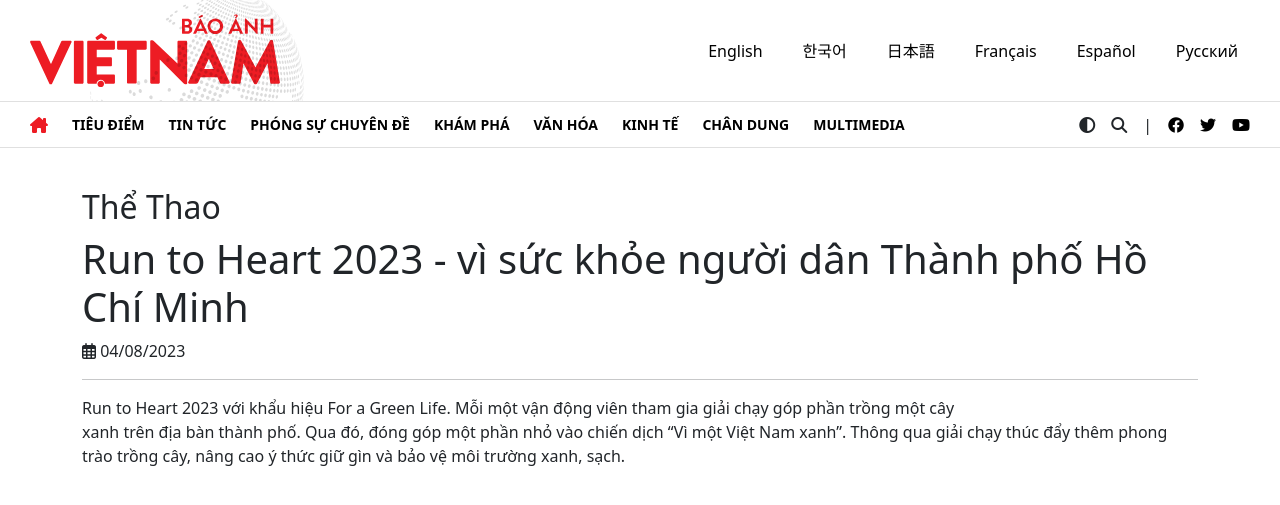
Repository: kietdotshp/webtintuc
Page: Detail.html
An editor plug-in stored every save of this project. The page is shown before and after the next save, followed by the edit.
The browser window is 1280 px wide. The pictures show the whole page.
Some web libraries are served in a nearby version.

Above is the page before, as saved 2023-08-10 16:07:22.

After the next save:
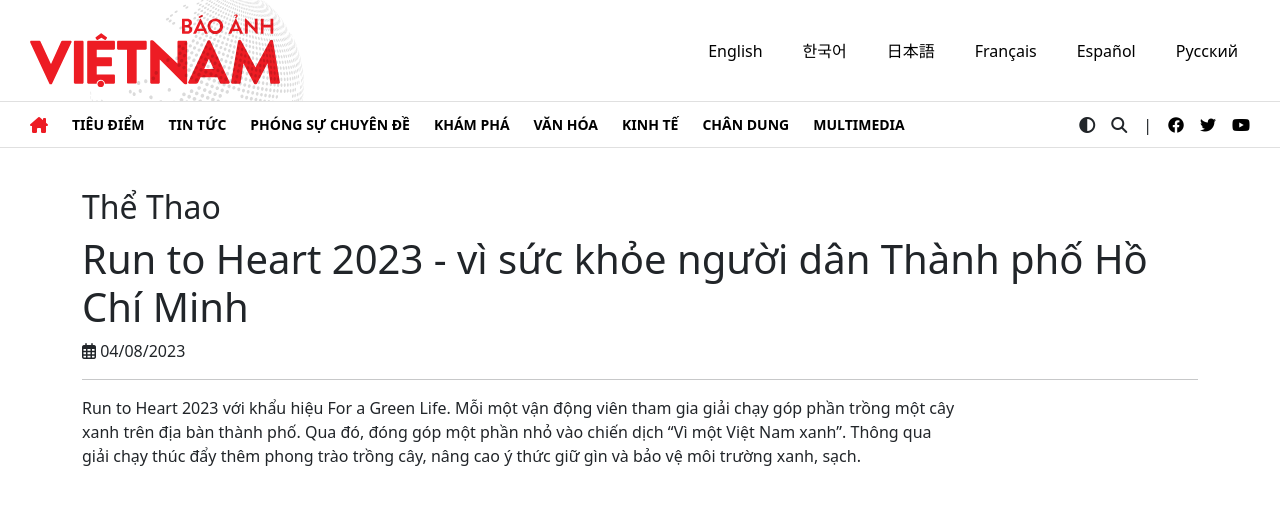
Saved 6 s later.
--- a/Detail.html
+++ b/Detail.html
@@ -108,7 +108,7 @@
         <div>
             <p>Run to Heart 2023 với khẩu hiệu For a Green Life.
             Mỗi một vận động viên tham gia giải chạy góp phần trồng một cây<br> xanh trên địa bàn thành phố.
-             Qua đó, đóng góp một phần nhỏ vào chiến dịch  “Vì một Việt Nam xanh”. Thông qua giải chạy thúc đẩy thêm phong trào trồng cây, nâng cao ý thức giữ gìn và bảo vệ môi trường xanh, sạch.</p>
+             Qua đó, đóng góp một phần nhỏ vào chiến dịch  “Vì một Việt Nam xanh”. Thông qua <br>giải chạy thúc đẩy thêm phong trào trồng cây, nâng cao ý thức giữ gìn và bảo vệ môi trường xanh, sạch.</p>
         </div>
     </div>
 </body>
